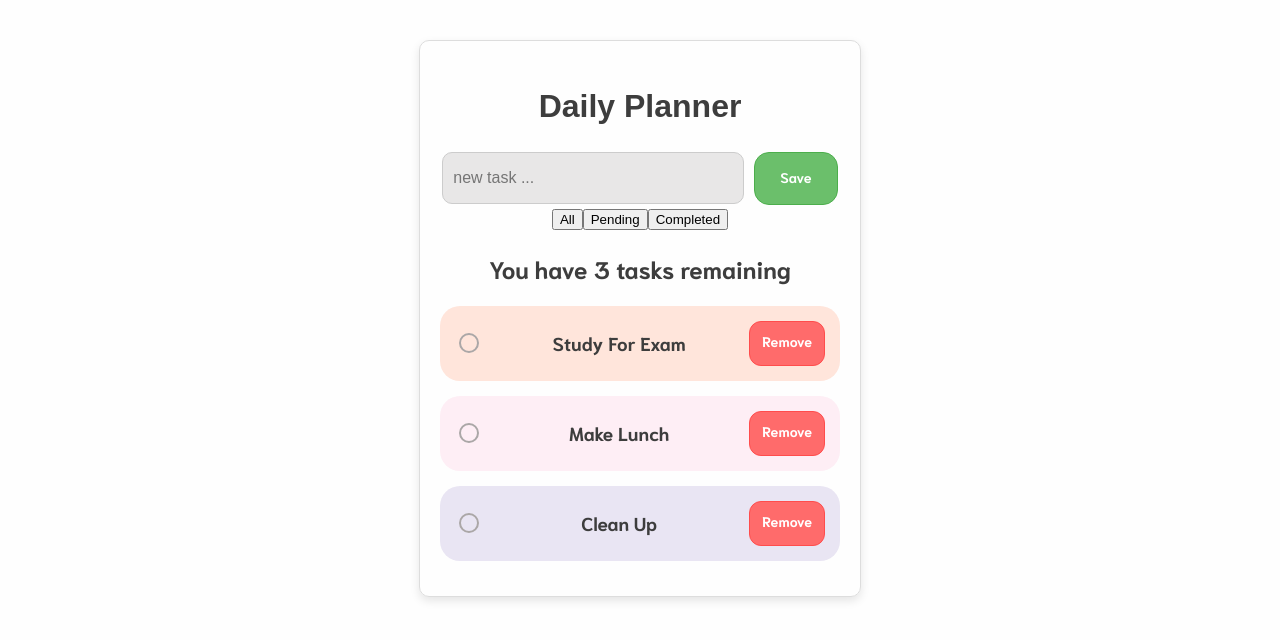
Repository: Zalida-Khan/Frontend-Lab4
Page: /
These files come from the project's save history. The page is drawn as it stood at one moment and after the next save; the edit follows.
The browser window is 1280 px wide. The pictures show the whole page.
Some web fonts or font styles are not loaded; a fallback is used. The project was rebuilt for these pictures with package versions that can differ from the ones it lists, and the page was loaded fresh each time. Also part of the build but not shown: vite.config.js.

Above is the page before, as saved 2024-10-29 22:51:28.

After the next save:
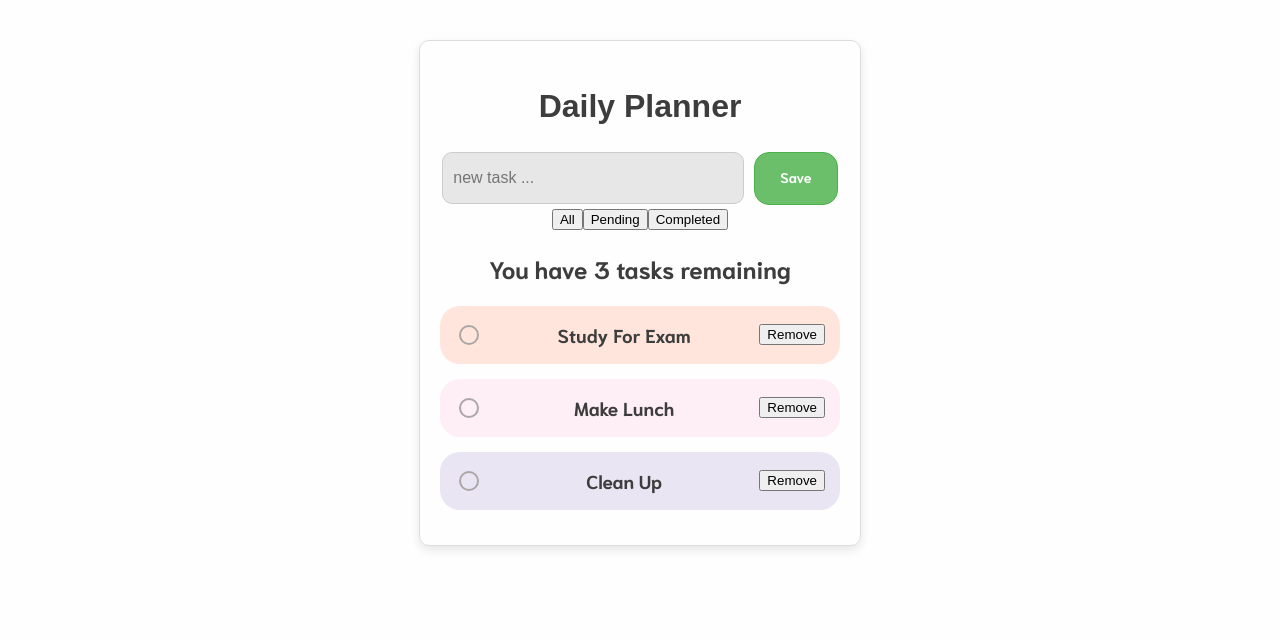
Saved 2 min 40 s later.
--- a/src/App.css
+++ b/src/App.css
@@ -110,6 +110,7 @@
   color: #3d3d3d;
 }
 
+checkmark
 
 .delete-btn {
   padding: 10px 12px;

After the 2 saves that followed:
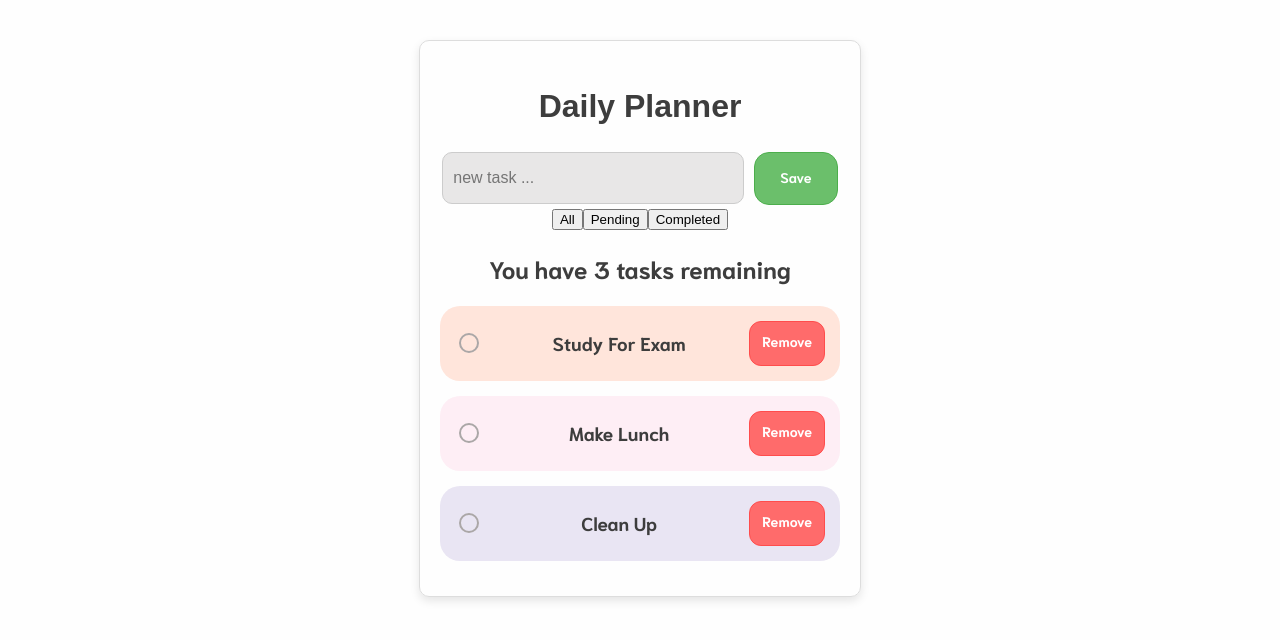
The 2 saves are shown as one change because 1 left the picture as it was.
The last was saved 9 s later.
--- a/src/App.css
+++ b/src/App.css
@@ -110,7 +110,9 @@
   color: #3d3d3d;
 }
 
-checkmark
+checkmark:disabled {
+  cursor
+}
 
 .delete-btn {
   padding: 10px 12px;
